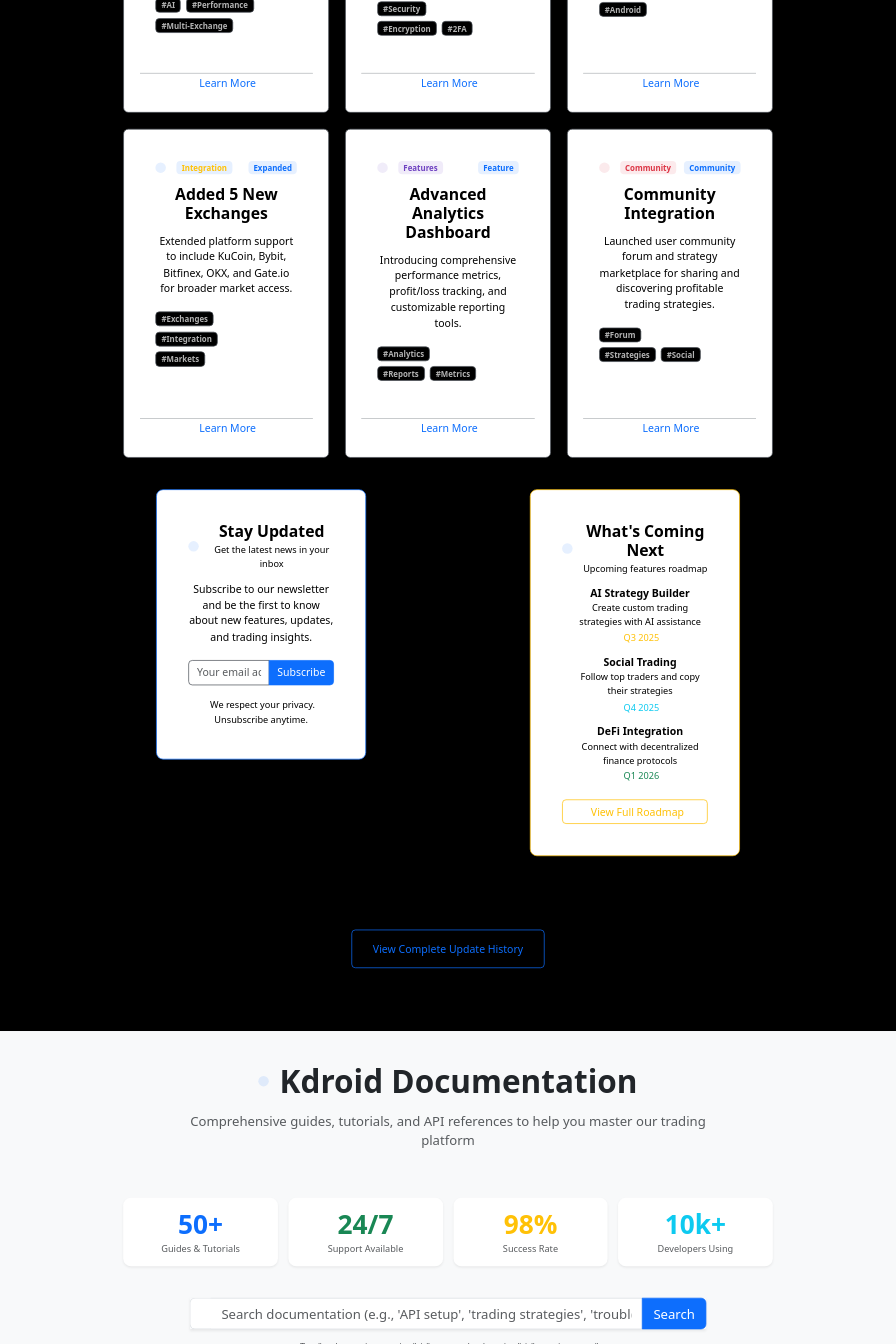
Repository: Kevin-Pro-Codes/halo-trading
Page: /
An editor plug-in stored every save of this project. The page is shown before and after the next save, followed by the edit.
The browser window is 1280 px wide. The pictures show the part of the page from y = 3890 to 5810 px (the page is 19648 px tall), at 70% of full size.
The page's requests for data from a server got no answer. The project was rebuilt for these pictures with package versions that can differ from the ones it lists, and the page was loaded fresh each time. Some packages were replaced by stand-ins written for this rebuild. No one was signed in, and anything a server would have sent is missing. Also part of the build but not shown: vite.config.js, src/styles/DocStyle.css, src/styles/PricingStyle.css.

Above is the page before, as saved 2025-12-09 20:09:59.

After the next save:
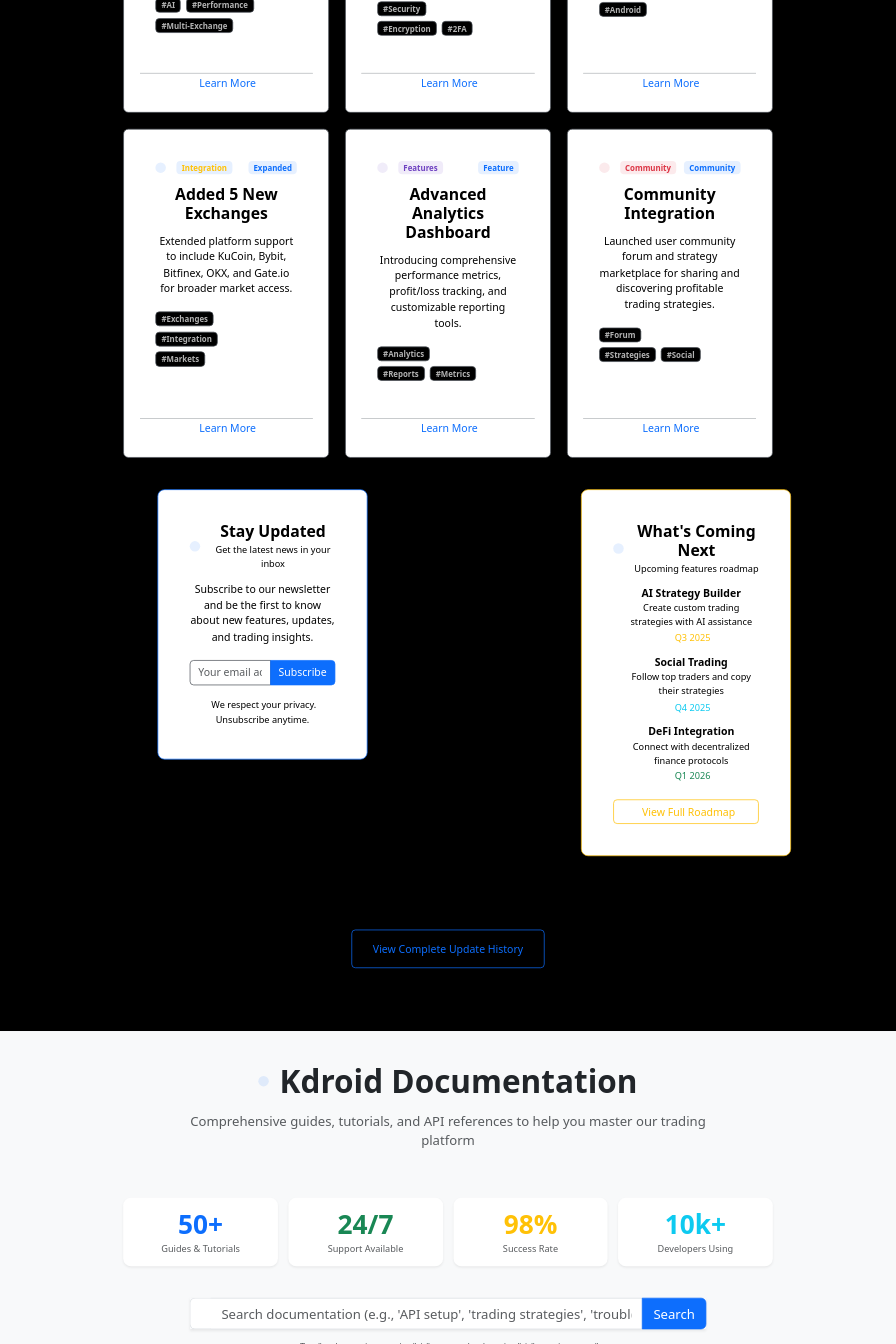
Saved 2 min 47 s later.
--- a/src/components/LatestSection.jsx
+++ b/src/components/LatestSection.jsx
@@ -217,8 +217,8 @@ const LatestSection = () => {
     {/* Left Box: Newsletter */}
     <div style={{
       flex: '1',
-      minWidth: '500px',
-      maxWidth: '700px'
+      minWidth: '650px',
+      maxWidth: '1500px'
     }}>
       <div className="card border-primary bg-white" style={{
         minHeight: '380px',
